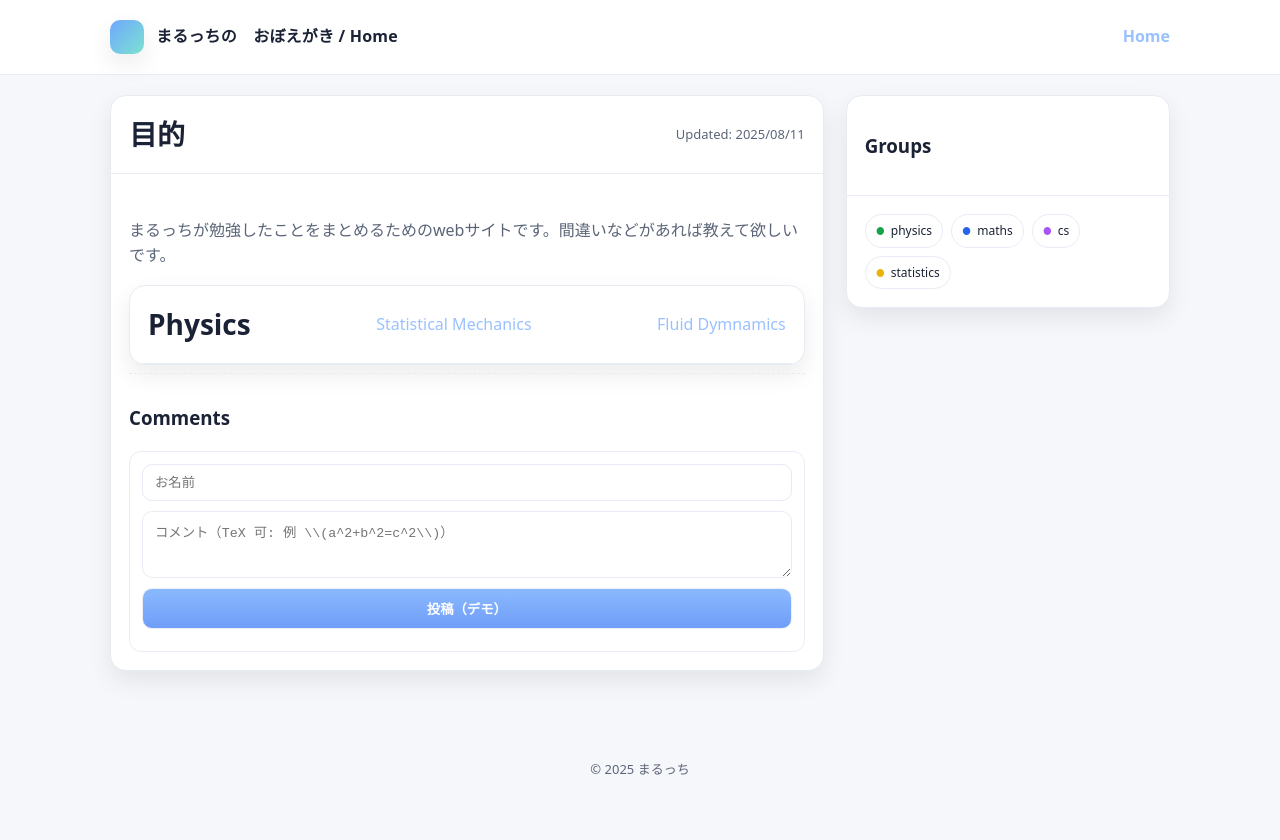
Repository: Riki-Mochimaru/tureduretunedune
Page: index.html
These files come from the project's save history. The page is drawn as it stood at one moment and after a run of saves; the edit follows.
The browser window is 1280 px wide. The pictures show the whole page.

Above is the page before, as saved 2025-08-11 23:24:19.

### index.html
<!DOCTYPE html>
<html lang="ja">
<head>
  <meta charset="utf-8" />
  <meta name="viewport" content="width=device-width, initial-scale=1" />
  <title>まるっちの おぼえがき— Home</title>
  <link rel="stylesheet" href="assets/styles.css">
</head>
<body>
  <header class="site">
    <div class="shell row">
      <div class="brand"><div class="brand-badge"></div><div>まるっちの　おぼえがき / Home</div></div>
      <nav>
        <a href="./">Home</a>
      </nav>
    </div>
  </header>

  <main class="shell">
    <section class="grid" aria-label="Articles and sidebar">
      <div>
        <article class="card post">
          <div class="hd">
            <h2>目的</h2>
            <div class="meta"><span>Updated: <time data-auto-updated datetime="">—</time></span></div>
          </div>
          <div class="bd">
            <p class="lead">まるっちが勉強したことをまとめるためのwebサイトです。間違いなどがあれば教えて欲しいです。</p>
            <div class="tags">
              <!-- <span class="tag" data-g="math"></span>
              <span class="tag" data-g="cs">#cs</span> -->
            </div>

            <!-- <h3>数式の例</h3>
            <div class="math">\\[ E = mc^2 \\]</div> -->
            <article class="card post">
              <div class="hd">
                <h2>Physics</h2>
                <a href="physics/SM/">Statistical Mechanics</a>
                <a href="physics/FluidDynamics/">Fluid Dymnamics</a>
              </div>
            </article>

            <section class="comments">
              <h3>Comments</h3>
              <form class="form" action="#" method="post">
                <input class="input" name="who" placeholder="お名前" required>
                <textarea class="textarea" name="body" rows="3" placeholder="コメント（TeX 可: 例 \\(a^2+b^2=c^2\\)）" required></textarea>
                <button class="btn" type="button" aria-disabled="true">投稿（デモ）</button>
                <div class="hint"></div>
              </form>
            </section>
          </div>
        </article>
      </div>

      <aside class="aside">
        <section class="card">
          <div class="hd"><h3>Groups</h3></div>
          <div class="bd">
            <div class="tags">
              <span class="tag" data-g="phys">physics</span>
              <span class="tag" data-g="math">maths</span>
              <span class="tag" data-g="cs">cs</span>
              <span class="tag" data-g="stats">statistics</span>
            </div>
          </div>
        </section>
      </aside>
    </section>
  </main>

  <footer class="site"><div class="shell">© 2025 まるっち</div></footer>

  <!-- 数式レンダリング（必要なら有効化） -->
  <script>
    window.MathJax = {
      tex: { inlineMath: [['$','$'], ['\\(','\\)']], displayMath: [['$$','$$'], ['\\[','\\]']] },
      options: { renderActions: { addMenu: [] } }
    };
  </script>
  <script src="https://cdn.jsdelivr.net/npm/mathjax@3/es5/tex-mml-chtml.js" async></script>
  <script>
    // Client-side: auto-fill "Updated" date from document.lastModified
    document.querySelectorAll('time[data-auto-updated]').forEach(t => {
      const d = new Date(document.lastModified);
      // ISO (yyyy-mm-dd)
      const iso = new Date(d.getTime() - d.getTimezoneOffset()*60000)
                    .toISOString().slice(0,10);
      t.setAttribute('datetime', iso);
      // Human-readable in Japanese (Asia/Tokyo)
      t.textContent = d.toLocaleDateString('ja-JP', {
        timeZone: 'Asia/Tokyo', year: 'numeric', month: '2-digit', day: '2-digit'
      });
    });
    </script>
</body>
</html>

### assets/styles.css
/* styles.css — Science Notes
   House style: British English prose; American English in code comments.
*/

/* =========================
   Design tokens
   ========================= */
   :root {
    --bg: #0b0c10;
    --surface: #0f1117;
    --card: #121520;
    --text: #e8ecf8;
    --subtle: #9aa3b2;
    --border: #1e2636;
    --brand: #6ea8fe;
    --accent: #7de2d1;
    --warn: #ffd166;
    --danger: #ff6b6b;
    --radius: 16px;
    --shadow: 0 10px 24px rgba(0,0,0,.35), 0 1px 0 rgba(255,255,255,.04) inset;
    --font-sans: ui-sans-serif, system-ui, -apple-system, Segoe UI, Roboto, Noto Sans JP, "Helvetica Neue", Arial;
    --font-mono: ui-monospace, SFMono-Regular, Menlo, Monaco, Consolas, "Liberation Mono", monospace;
  }
  @media (prefers-color-scheme: light) {
    :root {
      --bg: #f6f7fb; --surface: #ffffff; --card: #ffffff; --text: #1b2235; --subtle: #5b6578; --border: #e7ecf4;
      --shadow: 0 10px 24px rgba(0,0,0,.08);
    }
  }

  /* Base */
  *, *::before, *::after { box-sizing: border-box; }
  html, body { height: 100%; }
  body { margin: 0; font-family: var(--font-sans); background: var(--bg); color: var(--text); line-height: 1.6; }
  /* Accessible link look */
  a { color: #9ac1ff; text-decoration: none; }
  a:hover { text-decoration: underline; }

  /* Header */
  header.site { position: sticky; top: 0; z-index: 10; background: color-mix(in oklab, var(--surface) 92%, transparent); border-bottom: 1px solid var(--border); backdrop-filter: blur(6px); }
  .shell { max-width: 1100px; margin: 0 auto; padding: 20px; }
  .row { display: grid; grid-template-columns: 1fr auto; align-items: center; gap: 16px; }
  .brand { display: flex; align-items: center; gap: 12px; font-weight: 800; letter-spacing: .2px; }
  .brand-badge { width: 34px; height: 34px; border-radius: 10px; background: linear-gradient(135deg, var(--brand), var(--accent)); box-shadow: var(--shadow); }
  nav a { margin-left: 16px; font-weight: 600; }

  /* Layout */
  main { padding-top: 10px; }
  .grid { display: grid; grid-template-columns: 2.2fr 1fr; gap: 22px; align-items: start; }
  @media (max-width: 980px) { .grid { grid-template-columns: 1fr; } }

  /* Cards */
  .card { background: var(--card); border: 1px solid var(--border); border-radius: var(--radius); box-shadow: var(--shadow); overflow: clip; }
  .card .hd { padding: 16px 18px; border-bottom: 1px solid var(--border); display:flex; align-items:center; justify-content: space-between; }
  .card .bd { padding: 18px; }

  /* Tag/Group chips */
  .tags { display:flex; flex-wrap: wrap; gap: 8px; }
  .tag { --c: #334155; color: var(--text); font-size: 12px; padding: 6px 10px; border: 1px solid var(--border); border-radius: 999px; background: color-mix(in oklab, var(--card) 88%, transparent); }
  .tag[data-g="math"]   { --c: #2563eb; }
  .tag[data-g="phys"]   { --c: #16a34a; }
  .tag[data-g="cs"]     { --c: #a855f7; }
  .tag[data-g="stats"]  { --c: #eab308; }
  .tag[data-g="ethics"] { --c: #ef4444; }
  .tag::before { content: "●"; font-size: 10px; margin-right: 6px; color: var(--c); }

  /* Article */
  article.post { display: grid; gap: 10px; }
  article.post h2 { margin: 0; font-size: clamp(20px, 2.6vw, 28px); }
  .meta { color: var(--subtle); font-size: 13px; display:flex; gap: 12px; flex-wrap: wrap; }
  .lead { color: var(--subtle); }

  /* Math blocks (TeX text before JS render) */
  .math { font-family: var(--font-mono); background: color-mix(in oklab, var(--card) 90%, transparent); border: 1px dashed var(--border); border-radius: 10px; padding: 10px 12px; overflow:auto; }
  .eqno { float: right; color: var(--subtle); margin-left: 8px; }

  /* Comment UI (static) */
  .comments { margin-top: 8px; border-top: 1px dashed var(--border); padding-top: 10px; }
  .comment { display: grid; grid-template-columns: 40px 1fr; gap: 10px; padding: 12px 0; }
  .comment + .comment { border-top: 1px dashed var(--border); }
  .avatar { width: 40px; height: 40px; border-radius: 50%; background: linear-gradient(135deg, var(--brand), var(--accent)); display:grid; place-items:center; font-weight: 800; color: #0008; }
  .who { font-weight: 700; }
  .when { color: var(--subtle); font-size: 12px; }

  /* Simple form look (non-functional without JS/backend) */
  .form { display: grid; gap: 10px; background: color-mix(in oklab, var(--card) 90%, transparent); border: 1px solid var(--border); border-radius: 12px; padding: 12px; }
  .input, .textarea { width: 100%; padding: 10px 12px; border-radius: 10px; border: 1px solid var(--border); background: var(--surface); color: var(--text); outline: none; }
  .input:focus, .textarea:focus { box-shadow: 0 0 0 6px #2a5fff33; }
  .btn { display: inline-flex; align-items: center; justify-content: center; gap: 8px; padding: 10px 14px; font-weight: 700; border-radius: 10px; border: 1px solid var(--border); background: linear-gradient(180deg, var(--brand), #4d86f7); color: #fff; cursor: not-allowed; opacity: .8; }
  .hint { font-size: 12px; color: var(--subtle); }

  /* Aside */
  .aside .card + .card { margin-top: 18px; }
  .list { display: grid; gap: 10px; }

  /* Footer */
  footer.site { margin-top: 28px; color: var(--subtle); font-size: 13px; text-align: center; padding: 20px 0 40px; }

  /* Print */
  @media print {
    header.site, footer.site { display:none; }
    .card { box-shadow: none; border-color: #ccc; }
    a { color: #000; text-decoration: none; }
  }

After the next 5 saves:
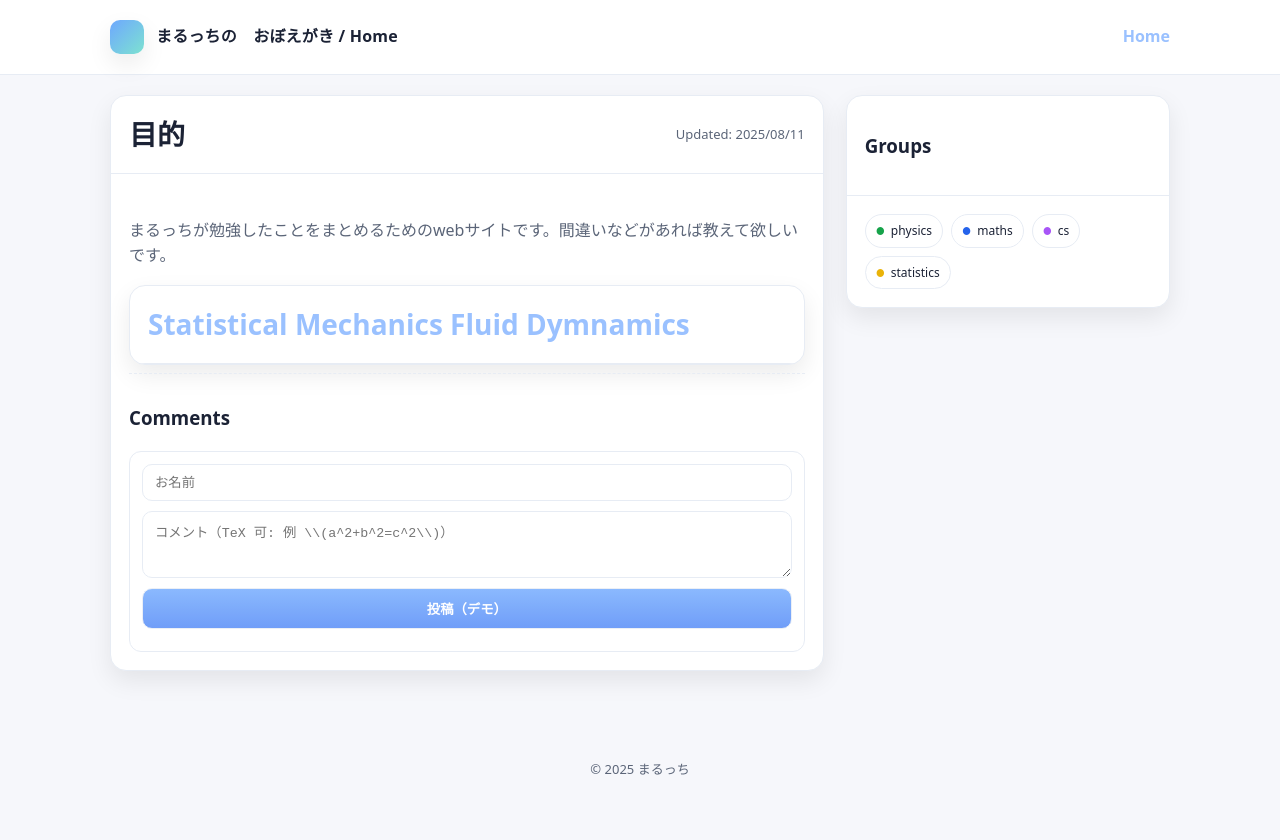
The 5 saves are shown as one change because they came seconds apart.
The last was saved 47 s later.
--- a/index.html
+++ b/index.html
@@ -35,7 +35,7 @@
             <div class="math">\\[ E = mc^2 \\]</div> -->
             <article class="card post">
               <div class="hd">
-                <h2>Physics</h2>
+                <h2><a href="physics/"</h2>
                 <a href="physics/SM/">Statistical Mechanics</a>
                 <a href="physics/FluidDynamics/">Fluid Dymnamics</a>
               </div>
